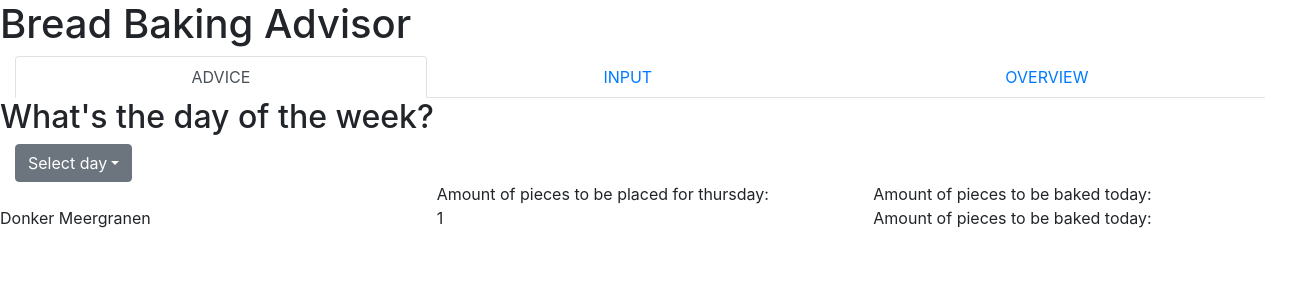
Repository: MarthGimenzo/bread-baking-advisor
Page: index.html
The author's editor kept a record of every edit. The page is drawn from the files as they stood at one moment, then again after the next edit.
The browser window is 1280 px wide. The page is 1295 px wide, so the pictures cover 1295 px, including what lies to the right of the window. The pictures show the whole page.

Above is the page before.

After the next edit:
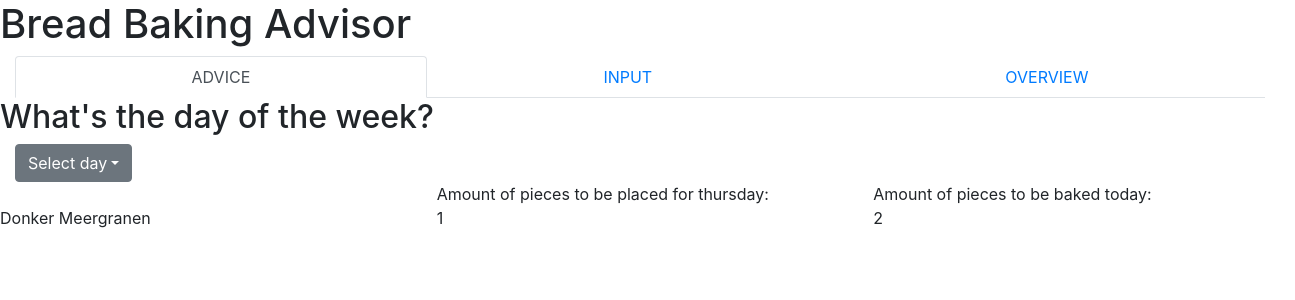
The edit:
--- a/index.html
+++ b/index.html
@@ -61,7 +61,7 @@
             1
         </div>
         <div class="col-4">
-            Amount of pieces to be baked today:
+            2
         </div>
     </div>
 
